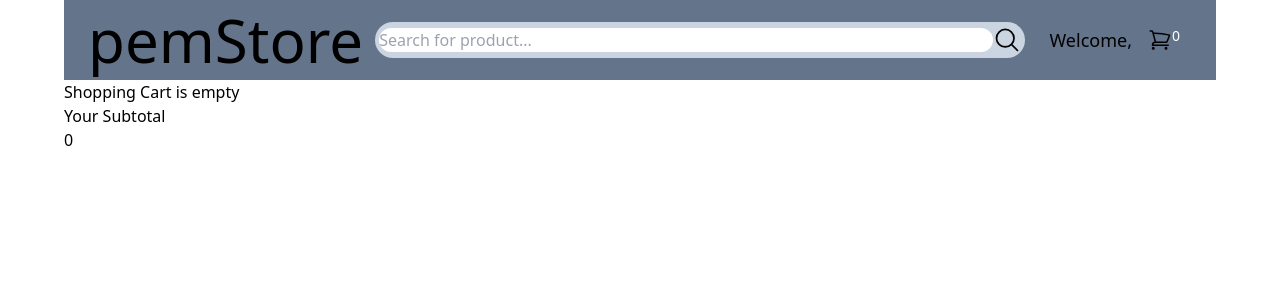
Repository: Semanmernstack/pemstore
Page: /checkout
An editor plug-in stored every save of this project. The page is shown before and after the next save, followed by the edit.
The browser window is 1280 px wide. The pictures show the whole page.
The page's requests for data from a server got no answer. The project was rebuilt for these pictures with package versions that can differ from the ones it lists, and the page was loaded fresh each time. The framework's server and built-in components were replaced by stand-ins that run in the browser. No one was signed in, and anything a server would have sent is missing. Also part of the build but not shown: next.config.js, components/CheckoutProduct.js.

Above is the page before, as saved 2022-11-06 04:01:15.

After the next save:
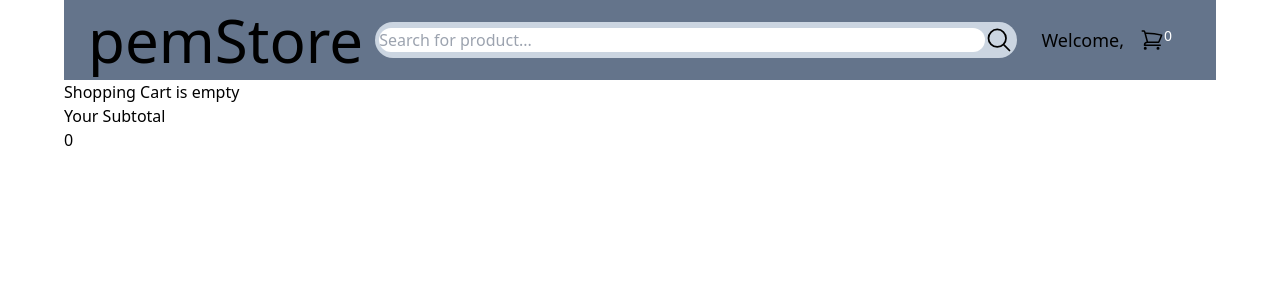
Saved 12 s later.
--- a/components/Header.js
+++ b/components/Header.js
@@ -27,7 +27,7 @@ function Header() {
               <p>{session?.user.name}</p>
 
           </div>
-          <div onClick={() => router.push("/checkout")} className="relative flex items-center mr-2">
+          <div onClick={() => router.push("/checkout")} className="relative flex items-center mr-4">
               <svg xmlns="http://www.w3.org/2000/svg" fill="none" viewBox="0 0 24 24" strokeWidth={1.5} stroke="currentColor" className="w-6 h-6">
                   <path strokeLinecap="round" strokeLinejoin="round" d="M2.25 3h1.386c.51 0 .955.343 1.087.835l.383 1.437M7.5 14.25a3 3 0 00-3 3h15.75m-12.75-3h11.218c1.121-2.3 2.1-4.684 2.924-7.138a60.114 60.114 0 00-16.536-1.84M7.5 14.25L5.106 5.272M6 20.25a.75.75 0 11-1.5 0 .75.75 0 011.5 0zm12.75 0a.75.75 0 11-1.5 0 .75.75 0 011.5 0z" />
               </svg>
